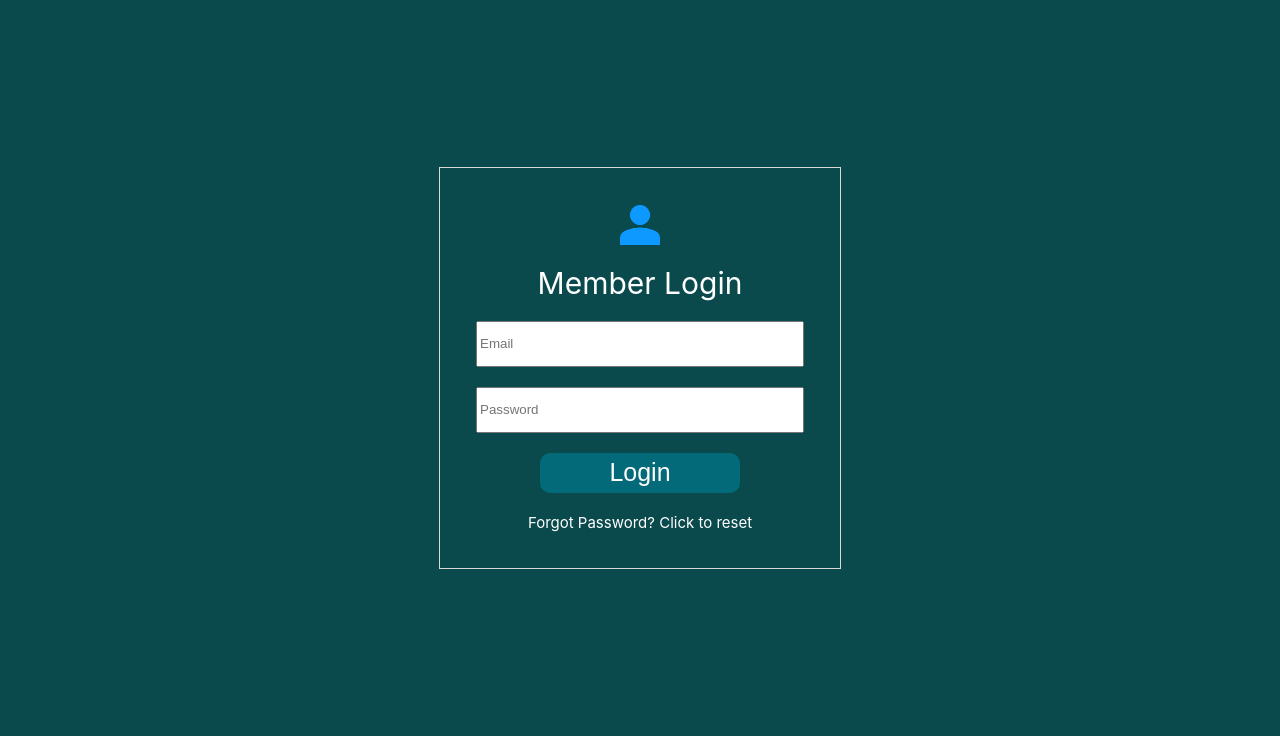
Repository: sheddy1/peter1
Page: work2.html
An editor plug-in stored every save of this project. The page is shown before and after the next save, followed by the edit.
The browser window is 1280 px wide. The pictures show the whole page.

Above is the page before, as saved 2025-11-08 15:57:58.

After the next save:
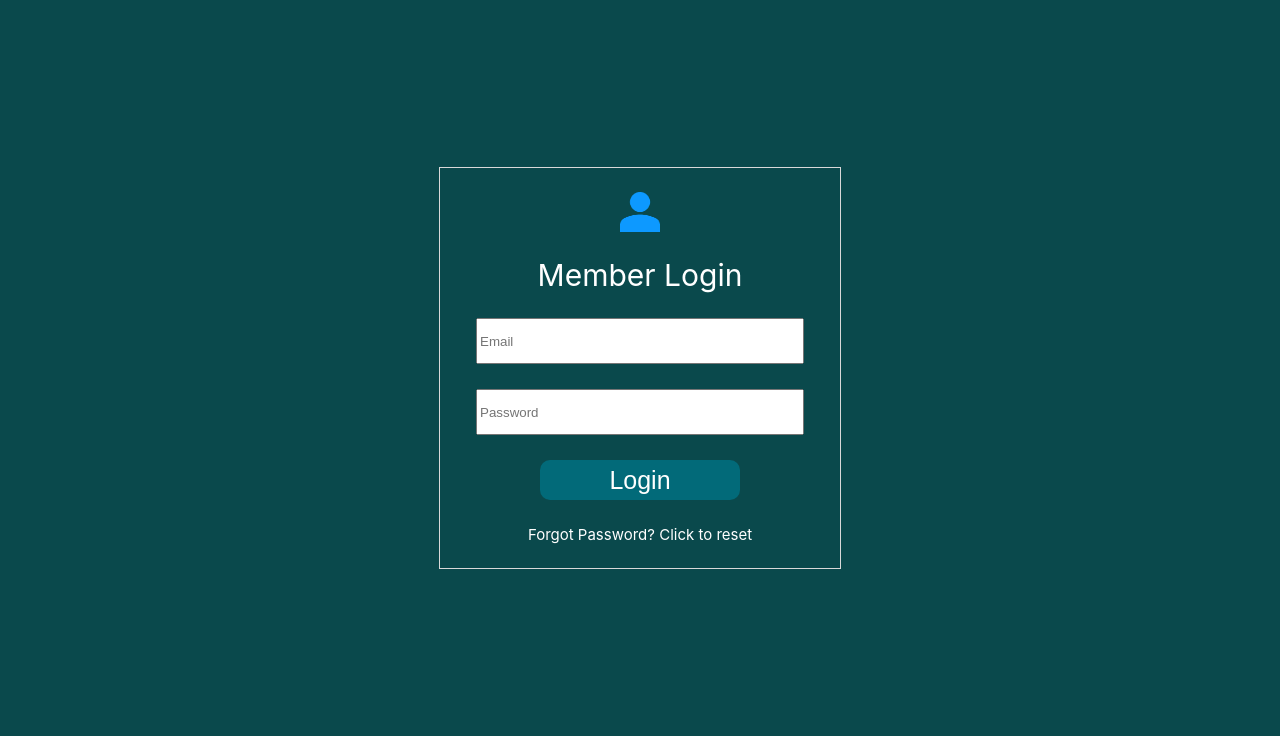
Saved 7 s later.
--- a/work2.css
+++ b/work2.css
@@ -15,7 +15,7 @@
     justify-content: center;
     align-items: center;
     flex-direction: column;
-    gap: 20px;
+    gap: 25px;
 }
 
 .vector{

After the save that followed:
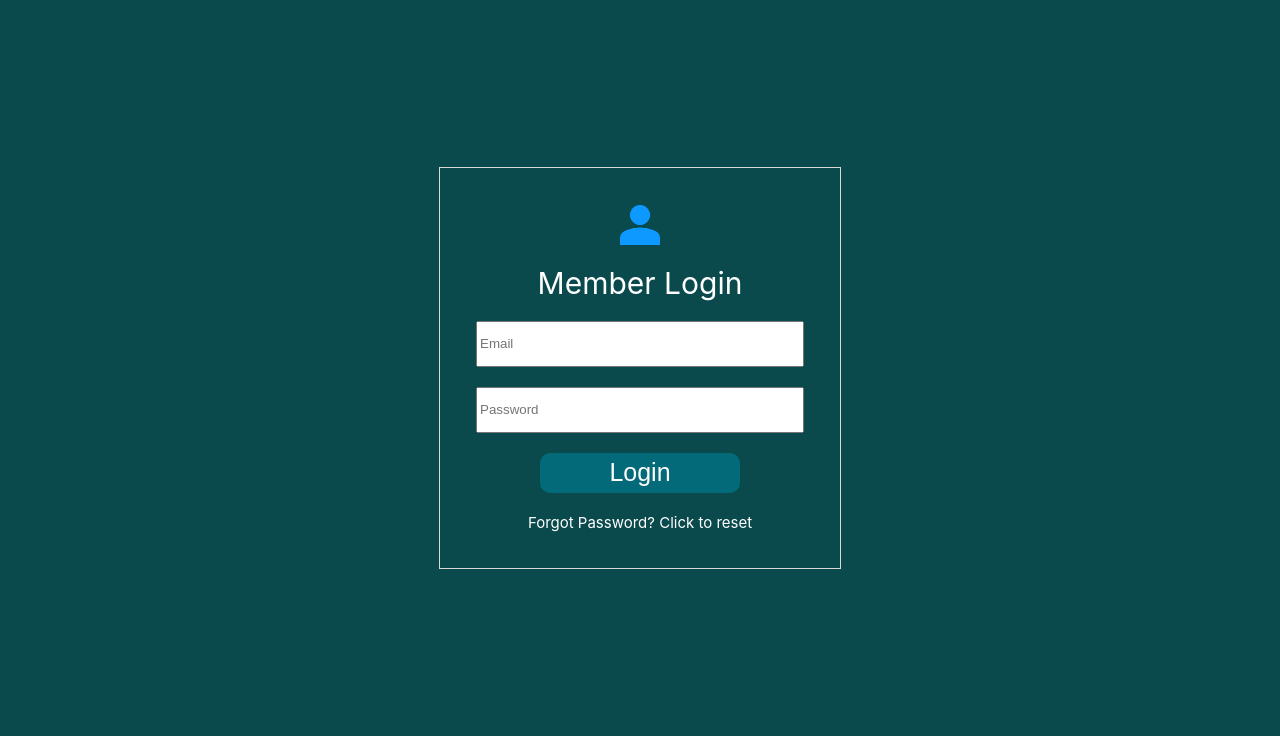
Saved 10 s later.
--- a/work2.css
+++ b/work2.css
@@ -15,7 +15,7 @@
     justify-content: center;
     align-items: center;
     flex-direction: column;
-    gap: 25px;
+    gap: 20px;
 }
 
 .vector{
